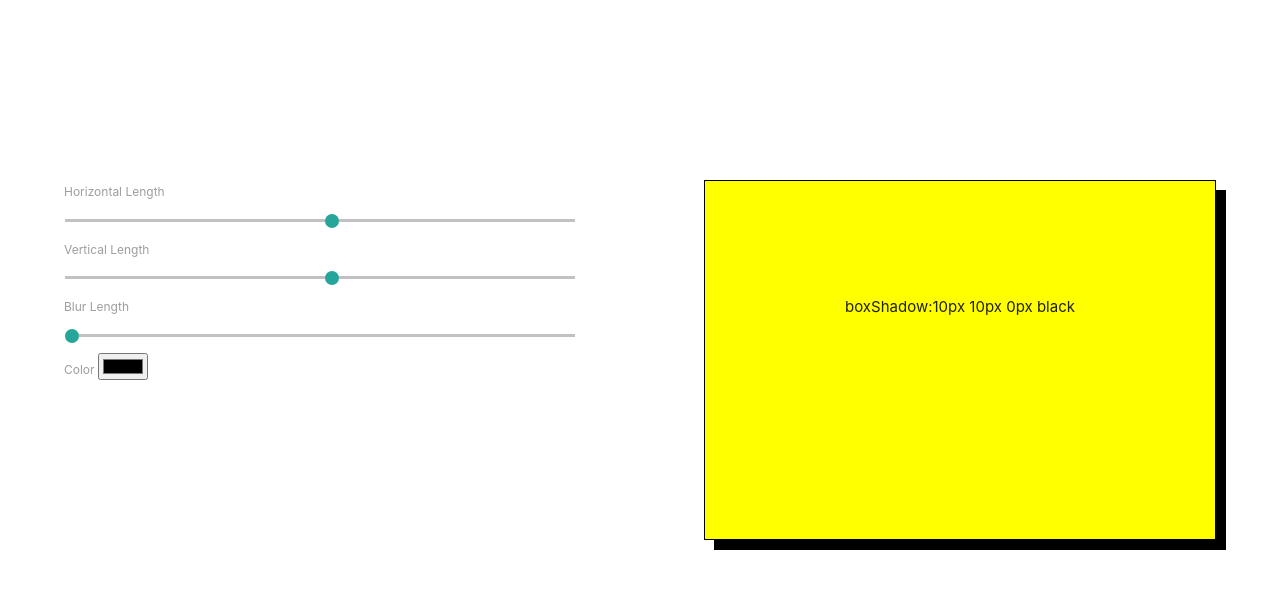
Repository: imrvj/Box-Shadow
Page: /
The author's editor kept a copy of each file at every save. The page is drawn from the files as they stood at one save, then again after the next save.
The browser window is 1280 px wide. The pictures show the whole page.
The project was rebuilt for these pictures with package versions that can differ from the ones it lists, and the page was loaded fresh each time.

Above is the page before, as saved 2020-02-19 23:45:01.

### public/index.html
<!DOCTYPE html>
<html lang="en">
  <head>
    <meta charset="utf-8" />
    <link rel="icon" href="%PUBLIC_URL%/favicon.ico" />
    <meta name="viewport" content="width=device-width, initial-scale=1" />
    <meta name="theme-color" content="#000000" />
    <meta
      name="description"
      content="Web site created using create-react-app"
    />
    <link rel="apple-touch-icon" href="%PUBLIC_URL%/logo192.png" />
    <!--
      manifest.json provides metadata used when your web app is installed on a
      user's mobile device or desktop. See https://developers.google.com/web/fundamentals/web-app-manifest/
    -->
    <link rel="manifest" href="%PUBLIC_URL%/manifest.json" />
    <!--
      Notice the use of %PUBLIC_URL% in the tags above.
      It will be replaced with the URL of the `public` folder during the build.
      Only files inside the `public` folder can be referenced from the HTML.

      Unlike "/favicon.ico" or "favicon.ico", "%PUBLIC_URL%/favicon.ico" will
      work correctly both with client-side routing and a non-root public URL.
      Learn how to configure a non-root public URL by running `npm run build`.
    -->
    <!-- Compiled and minified CSS -->
    <link rel="stylesheet" href="https://cdnjs.cloudflare.com/ajax/libs/materialize/1.0.0/css/materialize.min.css">

    <title>React App</title>
  </head>
  <body>
    <noscript>You need to enable JavaScript to run this app.</noscript>
    <div id="root"></div>
    <!--
      This HTML file is a template.
      If you open it directly in the browser, you will see an empty page.

      You can add webfonts, meta tags, or analytics to this file.
      The build step will place the bundled scripts into the <body> tag.

      To begin the development, run `npm start` or `yarn start`.
      To create a production bundle, use `npm run build` or `yarn build`.
    -->
       <!-- Compiled and minified JavaScript -->
       <script src="https://cdnjs.cloudflare.com/ajax/libs/materialize/1.0.0/js/materialize.min.js"></script>

  </body>
</html>

### src/App.js
import React, { useState } from 'react';

import './App.css';

function App() {
  const [Hori, setHori] = useState(10)
  const [Veri, setVeri] = useState(10)
  const [Blur, setBlur] = useState(0)
  const [Color, setColor] = useState("black")
  return (
    <>

    <div className="App">

      <div className="controls">
      <label>Horizontal Length</label>
      <input type="range"  min="-200" max="200" value={Hori} onChange={(e)=>setHori(e.target.value)}/>
      <label>Vertical Length</label>
      <input type="range"  min="-200" max="200" value={Veri} onChange={(e)=>setVeri(e.target.value)}/>
      <label>Blur Length</label>
      <input type="range"  min="0" max="200" value={Blur} onChange={(e)=>setBlur(e.target.value)}/>
      <label>Color </label>
      <input type="color"  min="0" max="200" value={Color} onChange={(e)=>setColor(e.target.value)}/>
     </div>
      <div className="output">
        <div className="Box" style={{boxShadow:`${Hori}px ${Veri}px ${Blur}px ${Color}`}}>
  <p>boxShadow:{Hori}px {Veri}px {Blur}px {Color}</p>
  </div>
      </div>
    </div>
    </>
  );
}

export default App;

### src/App.css
.App
{
    display: flex;
    justify-content: space-around;
    height: 100vh;
    align-items: center;
}

.Box
{
    width: 40vw;
    height: 50vh;
    border: solid 1px black;
    background-color: yellow;
    text-align: center;
    padding-top: 100px;
}

.controls
{
    width: 40vw;
    height: 50vh;
}

Loaded but not shown: src/index.js (common file); src/index.css (common file); src/serviceWorker.js (common file)

After the next save:
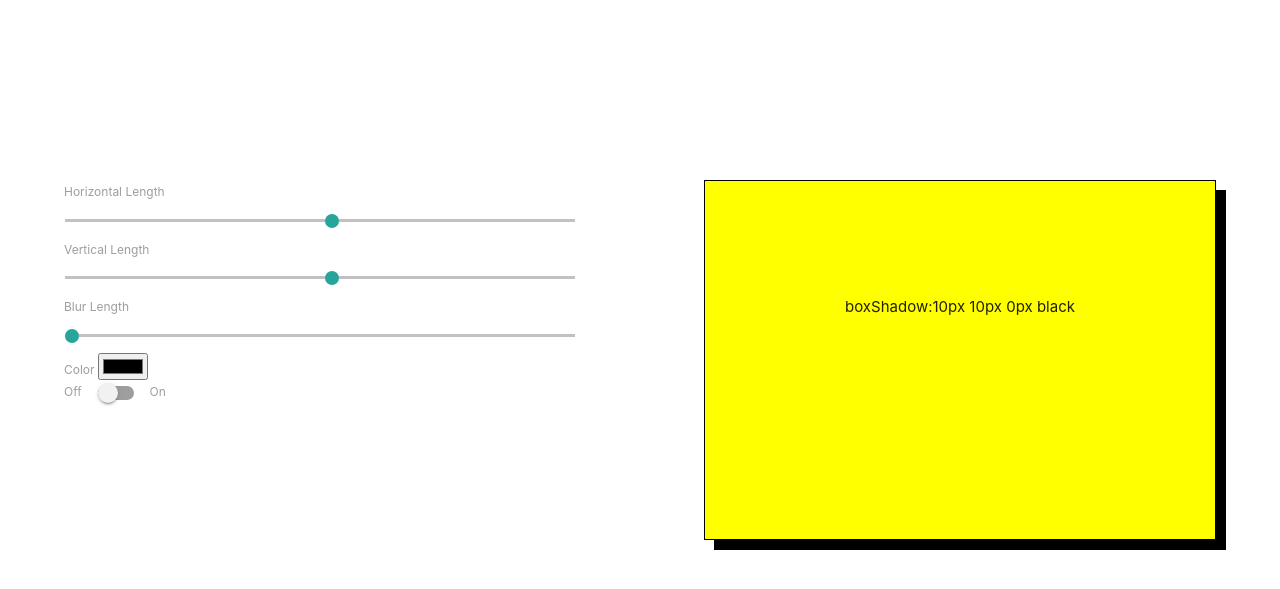
Saved 3 min 32 s later.
--- a/src/App.js
+++ b/src/App.js
@@ -21,6 +21,14 @@ function App() {
       <input type="range"  min="0" max="200" value={Blur} onChange={(e)=>setBlur(e.target.value)}/>
       <label>Color </label>
       <input type="color"  min="0" max="200" value={Color} onChange={(e)=>setColor(e.target.value)}/>
+      <div class="switch">
+    <label>
+      Off
+      <input type="checkbox"/>
+      <span className="lever"></span>
+      On
+    </label>
+  </div>
      </div>
       <div className="output">
         <div className="Box" style={{boxShadow:`${Hori}px ${Veri}px ${Blur}px ${Color}`}}>
